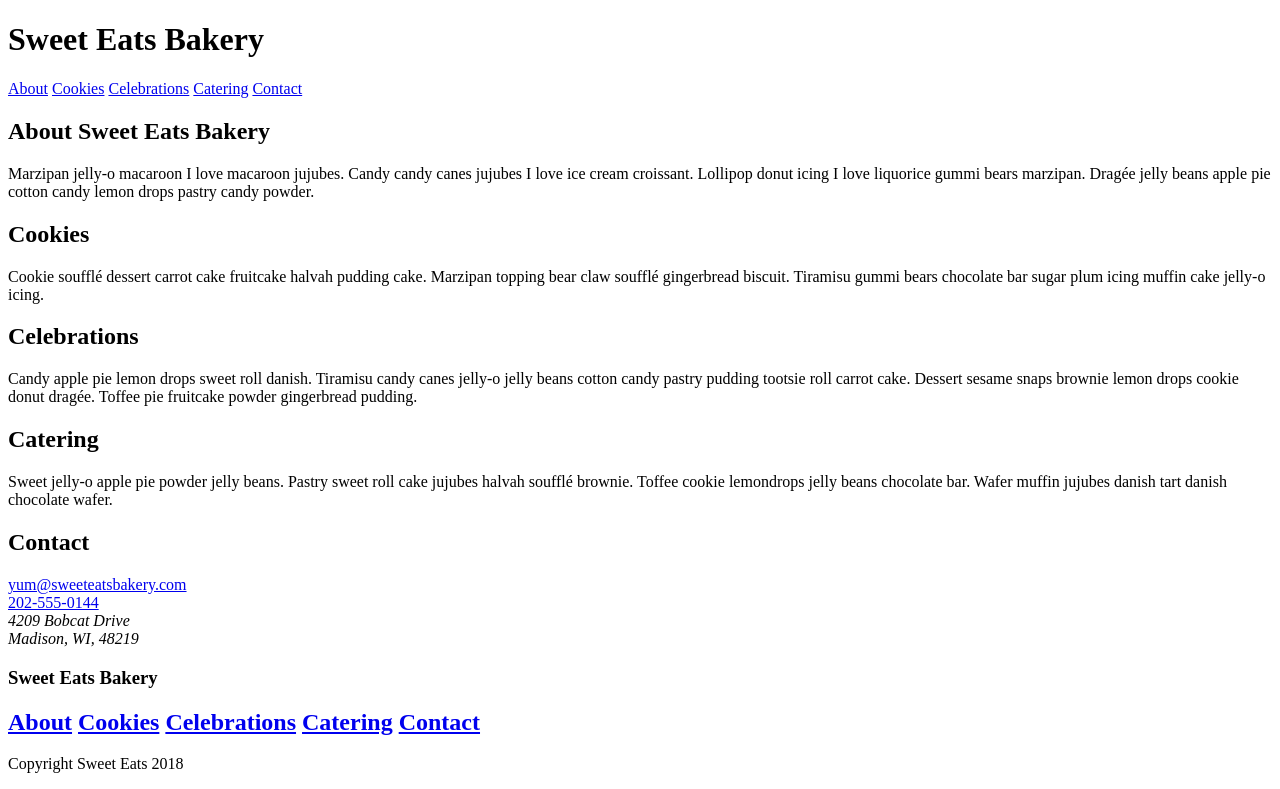
Repository: yoshimario/web-module-challenge-user-interface
Page: index.html
The author's editor kept a copy of each file at every save. The page is drawn from the files as they stood at one save, then again after a run of saves.
The browser window is 1280 px wide. The pictures show the whole page.
Some web fonts or font styles are not loaded; a fallback is used.

Above is the page before, as saved 2023-05-15 13:38:35.

After the next 4 saves:
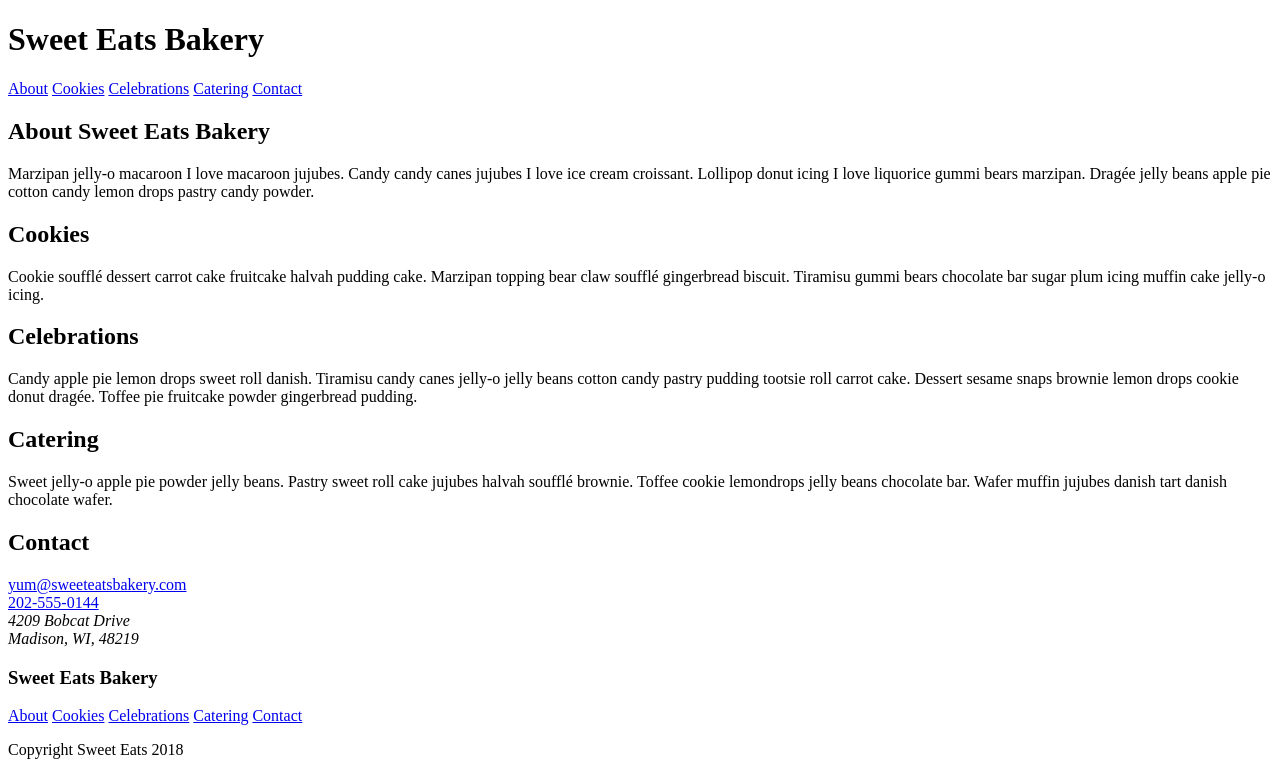
The 4 saves are shown as one change because they came seconds apart.
The last was saved 3 min 21 s later.
--- a/index.html
+++ b/index.html
@@ -74,7 +74,6 @@
     <!-- footer -->
     <footer>
         <h3>Sweet Eats Bakery</h3>
-        <h2>
             <nav>
                 <a href="#about">About</a>
                 <a href="#cookies">Cookies</a>
@@ -82,7 +81,6 @@
                 <a href="#catering">Catering</a>
                 <a href="#contact">Contact</a>
             </nav>
-        </h2>
         <p>Copyright Sweet Eats 2018</p>
     </footer>
 </body>
